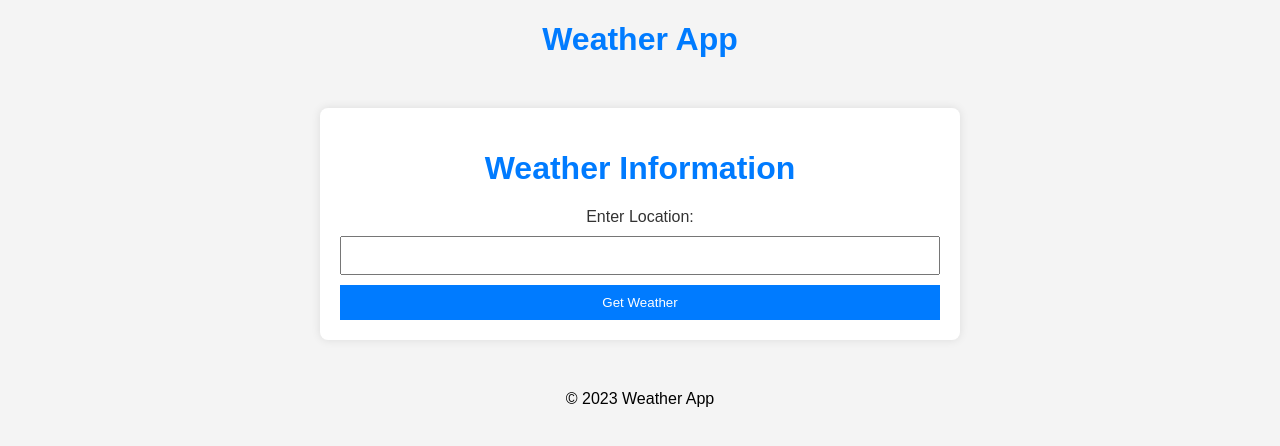
Repository: muke2110/weather
Page: http://localhost/
These files come from the project's save history. The page is drawn as it stood at one moment and after the next save; the edit follows.
The browser window is 1280 px wide. The pictures show the whole page.
The page is served by the project's Node server (app.js).

Above is the page before, as saved 2023-12-03 20:08:34.

### views/index.ejs
<!DOCTYPE html>
<html lang="en">
<head>
  <meta charset="UTF-8">
  <meta name="viewport" content="width=device-width, initial-scale=1.0">
  <title>Weather Information</title>
  <link rel="stylesheet" href="/styles.css">

</head>
<body>
  <header>
    <!-- Your header content goes here -->
    <h1>Weather App</h1>
  </header>
  <div class="container">
    <h1>Weather Information</h1>

    <form action="/location" method="post">
      <label for="locationInput">Enter Location:</label>
      <input type="text" id="locationInput" name="location" required>
      <button type="submit">Get Weather</button>
    </form>

    <% if (error) { %>
      <p class="error-message">Error: <%= error %></p>
    <% } else if (location) { %>
      <div id="weatherResult">
        <img src= <%= png %>>
        <p>Location: <%= place.name %></p>
        <p>Temperature: <%= location.temp_c %>°C</p>
        <p>Condition: <%= location.condition.text %></p>
      </div>
    <% } %>
  </div>
  <footer>
    <!-- Your footer content goes here -->
    <p>&copy; 2023 Weather App</p>
  </footer>
</body>
<script>
  if (performance.navigation.type === 1) {
    // Redirect to the home page
    window.location.href = "/";
  }
</script>
</html>

### app.js
const axios = require('axios');
const express = require('express');
const app = express();
const port = 3000;

app.use(express.json());
app.use(express.urlencoded({ extended: true }));
// Add this line after app initialization
app.use(express.static('public'));


app.set('view engine', 'ejs');

app.get('/', (req, res) => {
  res.render('index', { error: null, location: null });
});

app.post('/location', async (req, res) => {
  const { location } = req.body;

  if (!location) {
    return res.render('index', { error: 'Location is required in the request body', location: null });
  }

  const apiUrl = `https://api.weatherapi.com/v1/current.json?key=c3961c028a3640cfad7132456230212&q=${location}&aqi=yes`;

  try {
    const response = await axios.get(apiUrl);
    const data = response.data;

    console.log(data);
    // Render the EJS file with the weather information
    res.render('index', { error: null, location: data.current ,place: data.location, png:data.current.condition.icon});
  } catch (error) {
    console.error('Error fetching data:', error);
    res.render('index', { error: 'Internal Server Error', location: null });
  }
});

app.listen(port, () => {
  console.log(`Server is running on port ${port}`);
});

### public/styles.css
/* styles.css */

body {
    font-family: Arial, sans-serif;
    margin: 0;
    padding: 0;
    background-color: #f4f4f4;
}

.container {
    max-width: 600px;
    margin: 50px auto;
    background-color: #fff;
    padding: 20px;
    border-radius: 8px;
    box-shadow: 0 0 10px rgba(0, 0, 0, 0.1);
}

h1 {
    text-align: center;
    color: #007bff; /* Changed color to a blue shade */
}

form {
    display: flex;
    flex-direction: column;
    align-items: center;
    margin-top: 20px; /* Added margin-top for better spacing */
}

label {
    margin-bottom: 10px;
    color: #333;
}

input {
    padding: 10px;
    margin-bottom: 10px;
    width: 100%; /* Make the input take full width */
    box-sizing: border-box; /* Include padding and border in the width */
}

button {
    padding: 10px;
    background-color: #007bff;
    color: #fff;
    border: none;
    cursor: pointer;
    transition: background-color 0.3s;
    width: 100%; /* Make the button take full width */
    box-sizing: border-box; /* Include padding and border in the width */
}

button:hover {
    background-color: #0056b3;
}

#weatherResult {
    margin-top: 20px;
    padding: 20px;
    border: 1px solid #ddd;
    border-radius: 8px;
    background-color: #f9f9f9;
}

footer {
    text-align: center;
    margin-top: 20px; /* Adjust as needed for spacing between content and footer */
}

After the next save:
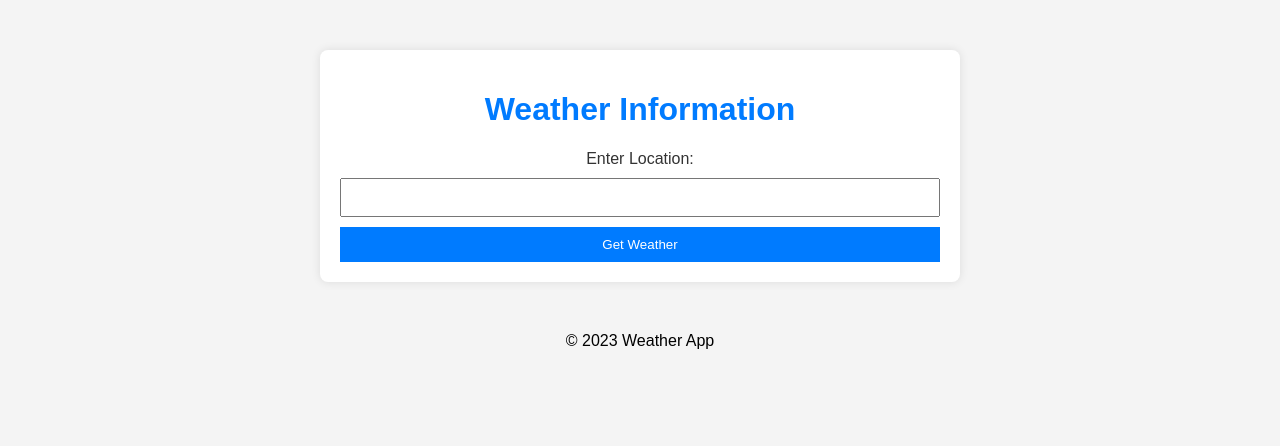
Saved 19 s later.
--- a/views/index.ejs
+++ b/views/index.ejs
@@ -8,10 +8,6 @@
 
 </head>
 <body>
-  <header>
-    <!-- Your header content goes here -->
-    <h1>Weather App</h1>
-  </header>
   <div class="container">
     <h1>Weather Information</h1>
 
